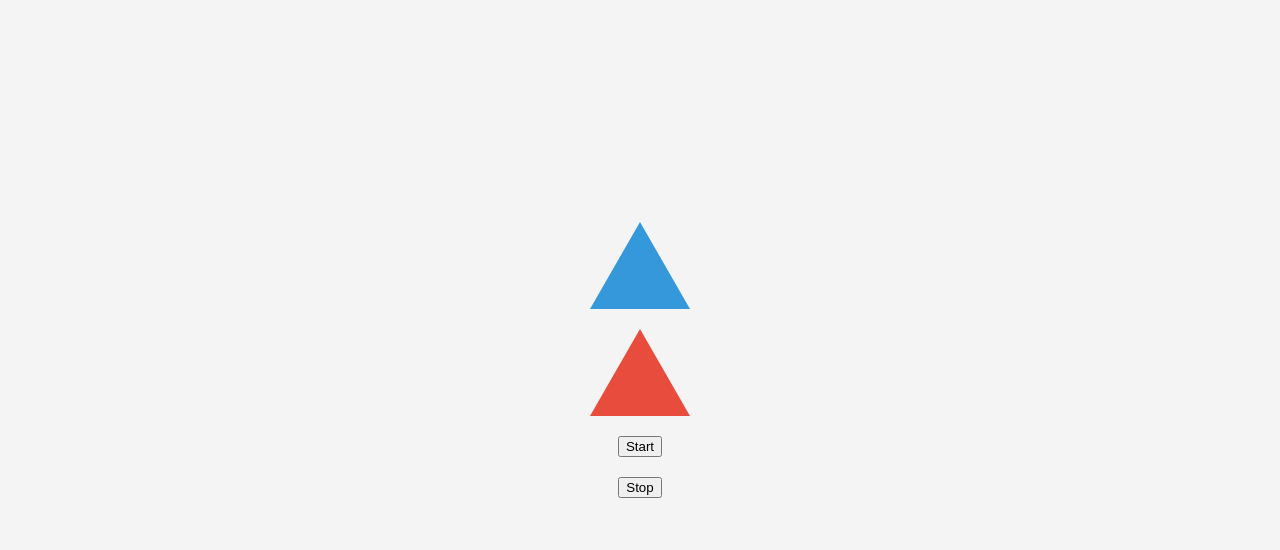
Repository: boshi-an/Isorhythm
Page: .vscode/Isorhythm/index.html
These files come from the project's save history. The page is drawn as it stood at one moment and after the next save; the edit follows.
The browser window is 1280 px wide. The pictures show the whole page.

Above is the page before, as saved 2023-10-18 17:30:16.

### .vscode/Isorhythm/index.html
<!DOCTYPE html>
<html lang="en">

<head>
    <meta charset="UTF-8">
    <meta name="viewport" content="width=device-width, initial-scale=1.0">
    <title>Rotating Circles</title>
    <link rel="stylesheet" href="styles.css">
</head>

<body>
    <div class="triangle" id="triangle1"></div>
    <div class="triangle" id="triangle2"></div>
    <button id="startBtn">Start</button>
    <button id="stopBtn">Stop</button>
    <script src="script.js"></script>
</body>

</html>

### .vscode/Isorhythm/styles.css
body {
    display: flex;
    justify-content: center;
    align-items: center;
    flex-direction: column;
    height: 100vh;
    background-color: #f4f4f4;
    overflow: hidden;
    margin: 0;
    gap: 20px;
}


.triangle {
    width: 0;
    height: 0;
    border-left: 50px solid transparent;
    border-right: 50px solid transparent;
    border-bottom: 87px solid #3498db;
    will-change: transform;
    transform-origin: 50% 50%;
}

.circle {
    width: 100px;
    height: 100px;
    border-radius: 50%;
    will-change: transform;
    transform-origin: 50% 50%;
}

#triangle1 {
    border-bottom: 87px solid #3498db;
    /* background-color: #3498db; */
}

#triangle2 {
    border-bottom: 87px solid #e74c3c;
    /* background-color: #e74c3c; */
}

#circle1 {
    background-color: #3498db;
}

#circle2 {
    background-color: #e74c3c;
}

### .vscode/Isorhythm/script.js
let angle1 = 0;
let angle2 = 0;
let animationId1;
let animationId2;

function rotateCircle1() {
    const circle1 = document.getElementById('triangle1');
    angle1 = (angle1 + 2) % 360;
    circle1.style.transform = `rotate(${angle1}deg)`;
    animationId1 = requestAnimationFrame(rotateCircle1);
}

function rotateCircle2() {
    const circle2 = document.getElementById('triangle2');
    angle2 = (angle2 - 2) % 360;
    circle2.style.transform = `rotate(${angle2}deg)`;
    animationId2 = requestAnimationFrame(rotateCircle2);
}

document.getElementById('startBtn').addEventListener('click', () => {
    rotateCircle1();
    rotateCircle2();
});

document.getElementById('stopBtn').addEventListener('click', () => {
    cancelAnimationFrame(animationId1);
    cancelAnimationFrame(animationId2);
});

After the next save:
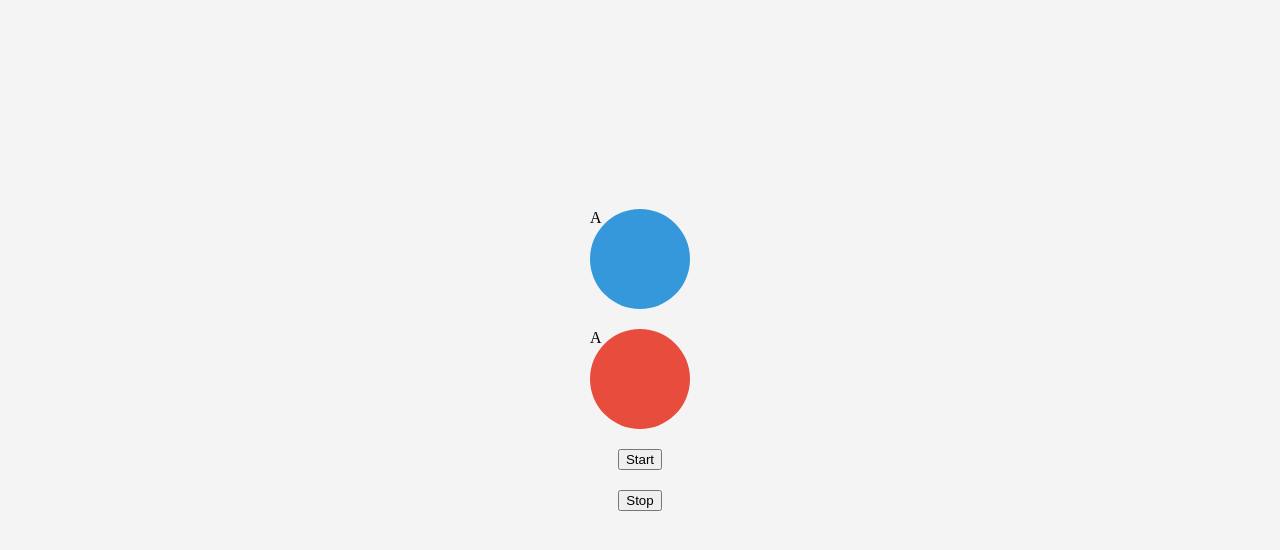
Saved 3 min 58 s later.
--- a/.vscode/Isorhythm/index.html
+++ b/.vscode/Isorhythm/index.html
@@ -9,8 +9,12 @@
 </head>
 
 <body>
-    <div class="triangle" id="triangle1"></div>
-    <div class="triangle" id="triangle2"></div>
+    <div class="circle" id="circle1">
+        <div class="letter">A</div>
+    </div>
+    <div class="circle" id="circle2">
+        <div class="letter">A</div>
+    </div>
     <button id="startBtn">Start</button>
     <button id="stopBtn">Stop</button>
     <script src="script.js"></script>
